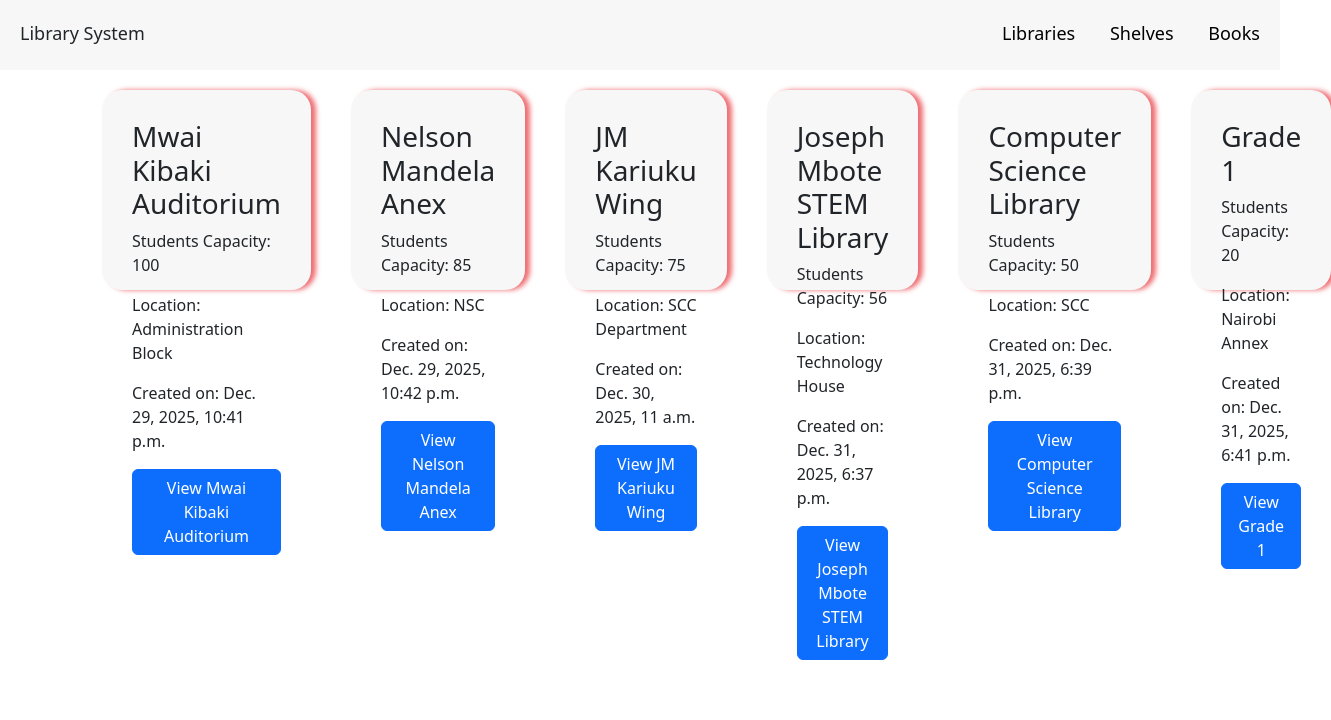
Repository: Mbote-Joseph/Library-Shelves-Books-Managements
Page: http://localhost/
An editor plug-in stored every save of this project. The page is shown before and after the next save, followed by the edit.
The browser window is 1280 px wide. The page is 1331 px wide, so the pictures cover 1331 px, including what lies to the right of the window. The pictures show the whole page.
The page is served by the project's application, run on Django 5.2 (manage.py). The page reads the database file committed with the project.

Above is the page before, as saved 2025-12-31 21:32:57.

After the next save:
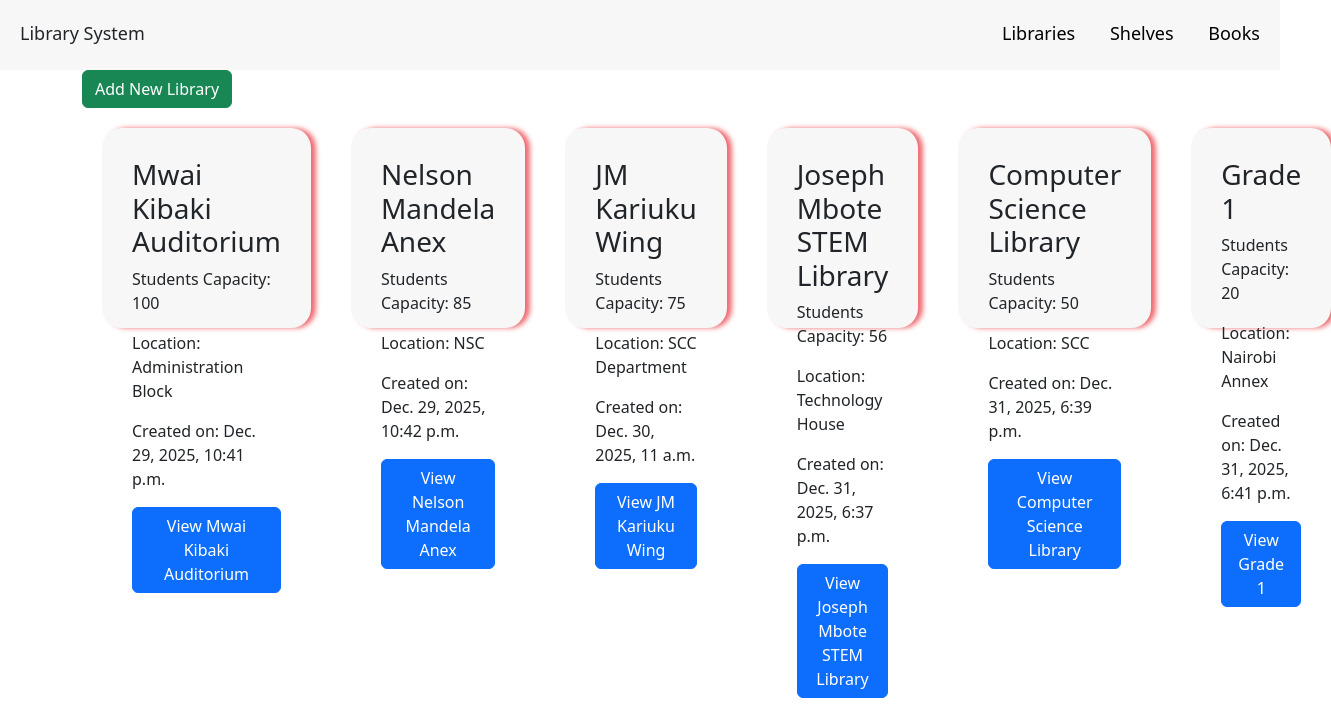
Saved 82 s later.
--- a/books/templates/books/library_view.html
+++ b/books/templates/books/library_view.html
@@ -7,7 +7,7 @@
 
 {% block content %}
     <div class="container">
-
+        <a href="{% url 'library.create' %}" class="btn btn-success"> Add New Library </a>
         <div class="cards">
         {% for library in libraries %}
             <div class ="library">
